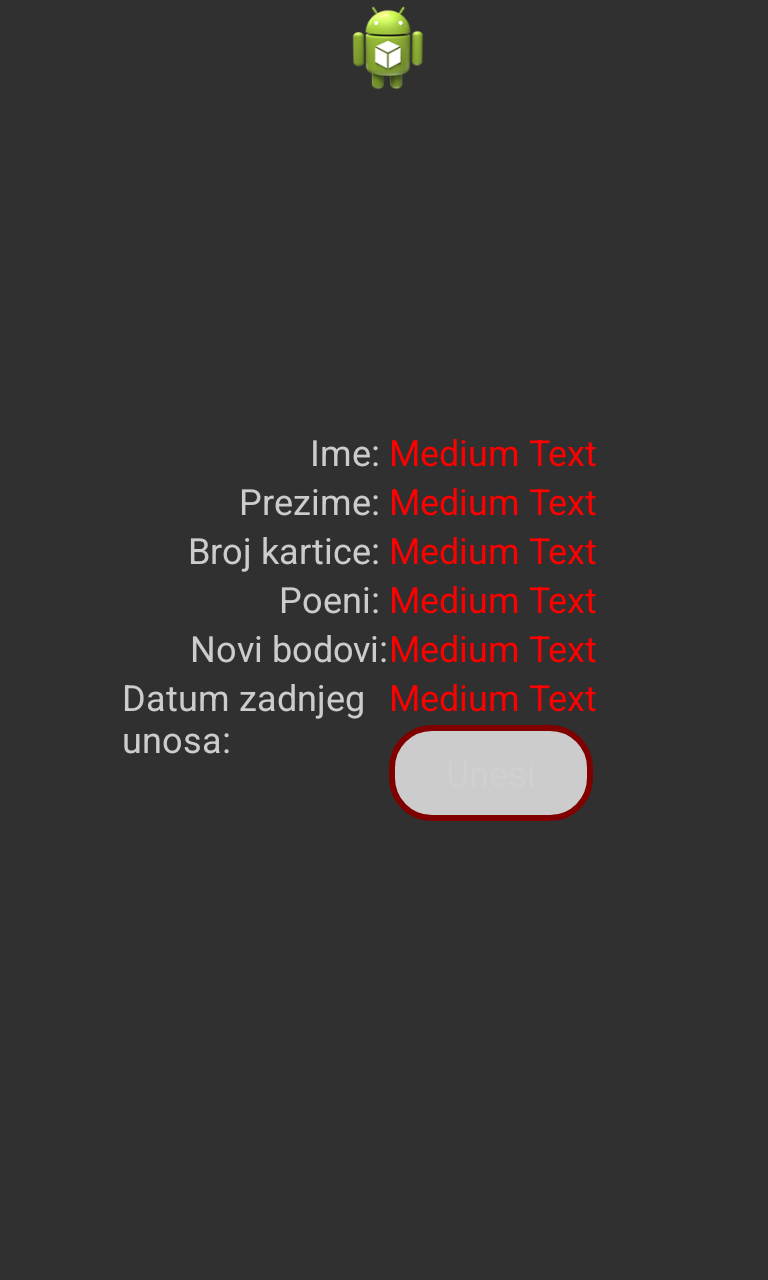
Repository: dzenisahusic/AndroidApp
Layout: Edit2014Sales/res/layout/activity_nfccard.xml
The author's editor kept a copy of each file at every save. The layout is drawn from the files as they stood at one save, then again after the next save.
It is drawn on a 768 x 1280 px phone screen (xhdpi) without system bars, with theme AppTheme; the app's code is not run.

Above is the layout before, as saved 2014-07-15 19:07:00.

### Edit2014Sales/res/layout/activity_nfccard.xml
<LinearLayout xmlns:android="http://schemas.android.com/apk/res/android"
    xmlns:tools="http://schemas.android.com/tools"
    android:id="@+id/LinearLayout1"
    android:layout_width="match_parent"
    android:layout_height="match_parent"
    tools:context="${relativePackage}.${activityClass}"
    android:weightSum="1"
    android:background="#303030" >

    <LinearLayout
        android:layout_width="61dp"
        android:layout_height="fill_parent"
        android:orientation="horizontal" >
        <TextView
        android:id="@+id/textView_explanation"
        android:layout_width="wrap_content"
        android:layout_height="wrap_content"

       />
    </LinearLayout>

    <LinearLayout
        android:layout_width="fill_parent"
        android:layout_height="fill_parent"
        android:layout_weight="0.8"
        android:orientation="vertical" >

        <RelativeLayout
            android:layout_width="fill_parent"
            android:layout_height="fill_parent"
            android:layout_weight="0.66" >

            <ImageView
                android:id="@+id/imageView1"
                android:layout_width="wrap_content"
                android:layout_height="wrap_content"
                android:layout_alignParentTop="true"
                android:layout_centerHorizontal="true"
                android:src="@drawable/ic_launcher" />

        </RelativeLayout>

            <LinearLayout
                android:layout_width="fill_parent"
                android:layout_height="fill_parent"
                android:layout_weight="0.33"
                android:orientation="horizontal" >

                <LinearLayout
                        android:layout_width="fill_parent"
                        android:layout_height="fill_parent"
                        android:layout_weight="1"
                        android:orientation="vertical" >

                    <TextView
                        android:id="@+id/textView1"
                        android:layout_width="wrap_content"
                        android:layout_height="wrap_content"
                        android:text="Ime: "
                        android:textAppearance="?android:attr/textAppearanceMedium"
                               android:layout_gravity="right"
                               android:textColor="#CCCCCC"/>

                    <TextView
                        android:id="@+id/textView2"
                        android:layout_width="wrap_content"
                        android:layout_height="wrap_content"
                        android:text="Prezime: "
                        android:textAppearance="?android:attr/textAppearanceMedium"
                        android:layout_gravity="right"
                        android:textColor="#CCCCCC"/>

                    <TextView
                        android:id="@+id/textView3"
                        android:layout_width="wrap_content"
                        android:layout_height="wrap_content"
                        android:text="Broj kartice: "
                        android:textAppearance="?android:attr/textAppearanceMedium"
                        android:layout_gravity="right"
                        android:textColor="#CCCCCC"/>

                    <TextView
                        android:id="@+id/textView4"
                        android:layout_width="wrap_content"
                        android:layout_height="wrap_content"
                        android:text="Poeni: "
                        android:textAppearance="?android:attr/textAppearanceMedium"
                        android:layout_gravity="right"
                        android:textColor="#CCCCCC"/>

                    <TextView
                        android:id="@+id/textView5"
                        android:layout_width="wrap_content"
                        android:layout_height="wrap_content"
                        android:layout_gravity="right"
                        android:text="Novi bodovi:"
                        android:textAppearance="?android:attr/textAppearanceMedium"
                        android:textColor="#CCCCCC"/>

                    <TextView
                        android:id="@+id/textView6"
                        android:layout_width="wrap_content"
                        android:layout_height="wrap_content"
                        android:text="Datum zadnjeg unosa: "
                        android:textAppearance="?android:attr/textAppearanceMedium"
                        android:layout_gravity="right"
                        android:textColor="#CCCCCC"/>

                    </LinearLayout>

                <LinearLayout
                    android:layout_width="fill_parent"
                    android:layout_height="fill_parent"
                    android:layout_weight="1"
                    android:orientation="vertical" >

                    <TextView
                        android:id="@+id/ime"
                        android:layout_width="wrap_content"
                        android:layout_height="wrap_content"
                        android:text="Medium Text"
                        android:textAppearance="?android:attr/textAppearanceMedium"
                        android:textColor="#FF0000" />

                    <TextView
                        android:id="@+id/prezime"
                        android:layout_width="wrap_content"
                        android:layout_height="wrap_content"
                        android:text="Medium Text"
                        android:textAppearance="?android:attr/textAppearanceMedium"
                        android:textColor="#FF0000" />

                    <TextView
                        android:id="@+id/brojKartice"
                        android:layout_width="wrap_content"
                        android:layout_height="wrap_content"
                        android:text="Medium Text"
                        android:textAppearance="?android:attr/textAppearanceMedium"
                        android:textColor="#FF0000" />

                    <TextView
                        android:id="@+id/poeni"
                        android:layout_width="wrap_content"
                        android:layout_height="wrap_content"
                        android:text="Medium Text"
                        android:textAppearance="?android:attr/textAppearanceMedium"
                        android:textColor="#FF0000" />

                    <TextView
                        android:id="@+id/tnovi"
                        android:layout_width="wrap_content"
                        android:layout_height="wrap_content"
                        android:text="Medium Text"
                         android:textColor="#FF0000"
                        android:textAppearance="?android:attr/textAppearanceMedium" />

                    <TextView
                        android:id="@+id/tdatum"
                        android:layout_width="wrap_content"
                        android:layout_height="wrap_content"
                        android:text="Medium Text"
                        android:textAppearance="?android:attr/textAppearanceMedium"
                        android:textColor="#FF0000" />

                    <Button
                        android:id="@+id/unesi"
                        android:layout_width="102dp"
                        android:layout_height="wrap_content"
                        android:layout_marginTop="2dp"
                        android:background="@drawable/rounded_corner_top"
                        android:text="Unesi"
                        android:textColor="#D0D0D0" />

                </LinearLayout>

            </LinearLayout>

    </LinearLayout>

    <LinearLayout
        android:layout_width="86dp"
        android:layout_height="fill_parent"
        android:orientation="horizontal" >
    </LinearLayout>

</LinearLayout>

### Edit2014Sales/res/values/styles.xml
<resources>

    <!--
        Base application theme, dependent on API level. This theme is replaced
        by AppBaseTheme from res/values-vXX/styles.xml on newer devices.
    -->
    <style name="AppBaseTheme" parent="android:Theme.Light">
        <!--
            Theme customizations available in newer API levels can go in
            res/values-vXX/styles.xml, while customizations related to
            backward-compatibility can go here.
        -->
    </style>

    <!-- Application theme. -->
    <style name="AppTheme" parent="AppBaseTheme">
        <!-- All customizations that are NOT specific to a particular API-level can go here. -->
    </style>
 <style name="Animations" />

    <style name="Animations.PopDownMenu" />

    <style name="Animations.PopDownMenu.Left">
        <item name="@android:windowEnterAnimation">@anim/grow_from_topleft_to_bottomright</item>
        <item name="@android:windowExitAnimation">@anim/shrink_from_bottomright_to_topleft</item>
    </style>


    <style name="Animations.PopUpMenu" />

    <style name="Animations.PopUpMenu.Left">
        <item name="@android:windowEnterAnimation">@anim/grow_from_bottomleft_to_topright</item>
        <item name="@android:windowExitAnimation">@anim/shrink_from_topright_to_bottomleft</item>
    </style>
</resources>

### Edit2014Sales/res/drawable-hdpi/rounded_corner_top.xml
<?xml version="1.0" encoding="UTF-8"?>

  <shape xmlns:android="http://schemas.android.com/apk/res/android" android:shape="rectangle">
  <corners android:radius="20dp"/>
  <solid android:color="#CCCCCC"/>
  <stroke
        android:width="3dp"
        android:color="#800000" >
    </stroke>
</shape>

Loaded but not shown: Edit2014Sales/res/values-v11/styles.xml (common file); Edit2014Sales/res/values-v14/styles.xml (common file)

After the next save:
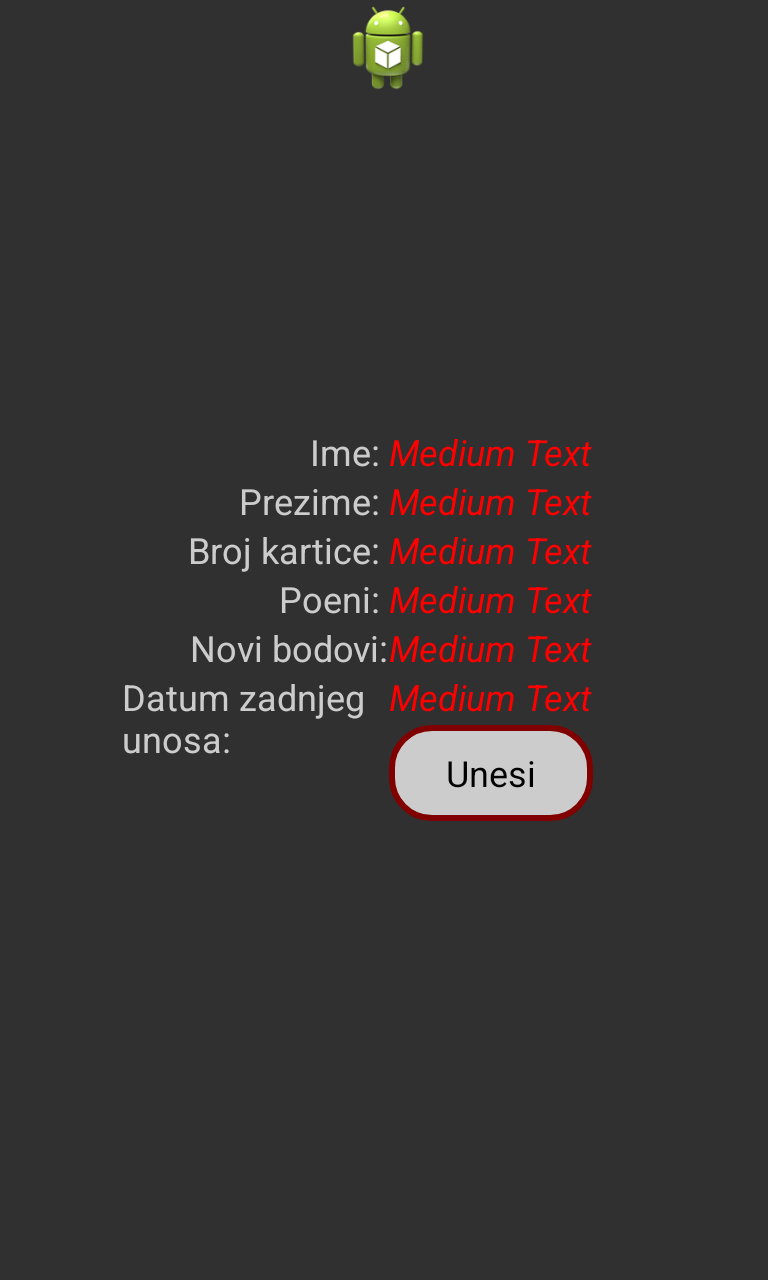
Saved 3 min 6 s later.
--- a/Edit2014Sales/res/layout/activity_nfccard.xml
+++ b/Edit2014Sales/res/layout/activity_nfccard.xml
@@ -120,7 +120,9 @@
                         android:layout_height="wrap_content"
                         android:text="Medium Text"
                         android:textAppearance="?android:attr/textAppearanceMedium"
-                        android:textColor="#FF0000" />
+                        android:textColor="#FF0000"
+                        android:textStyle="italic"
+                        android:typeface="normal" />
 
                     <TextView
                         android:id="@+id/prezime"
@@ -128,7 +130,8 @@
                         android:layout_height="wrap_content"
                         android:text="Medium Text"
                         android:textAppearance="?android:attr/textAppearanceMedium"
-                        android:textColor="#FF0000" />
+                        android:textColor="#FF0000"
+                        android:textStyle="italic" />
 
                     <TextView
                         android:id="@+id/brojKartice"
@@ -136,7 +139,8 @@
                         android:layout_height="wrap_content"
                         android:text="Medium Text"
                         android:textAppearance="?android:attr/textAppearanceMedium"
-                        android:textColor="#FF0000" />
+                        android:textColor="#FF0000"
+                        android:textStyle="italic" />
 
                     <TextView
                         android:id="@+id/poeni"
@@ -144,15 +148,17 @@
                         android:layout_height="wrap_content"
                         android:text="Medium Text"
                         android:textAppearance="?android:attr/textAppearanceMedium"
-                        android:textColor="#FF0000" />
+                        android:textColor="#FF0000"
+                        android:textStyle="italic" />
 
                     <TextView
                         android:id="@+id/tnovi"
                         android:layout_width="wrap_content"
                         android:layout_height="wrap_content"
                         android:text="Medium Text"
-                         android:textColor="#FF0000"
-                        android:textAppearance="?android:attr/textAppearanceMedium" />
+                        android:textAppearance="?android:attr/textAppearanceMedium"
+                        android:textColor="#FF0000"
+                        android:textStyle="italic" />
 
                     <TextView
                         android:id="@+id/tdatum"
@@ -160,7 +166,8 @@
                         android:layout_height="wrap_content"
                         android:text="Medium Text"
                         android:textAppearance="?android:attr/textAppearanceMedium"
-                        android:textColor="#FF0000" />
+                        android:textColor="#FF0000"
+                        android:textStyle="italic" />
 
                     <Button
                         android:id="@+id/unesi"
@@ -169,7 +176,7 @@
                         android:layout_marginTop="2dp"
                         android:background="@drawable/rounded_corner_top"
                         android:text="Unesi"
-                        android:textColor="#D0D0D0" />
+                         />
 
                 </LinearLayout>
 
